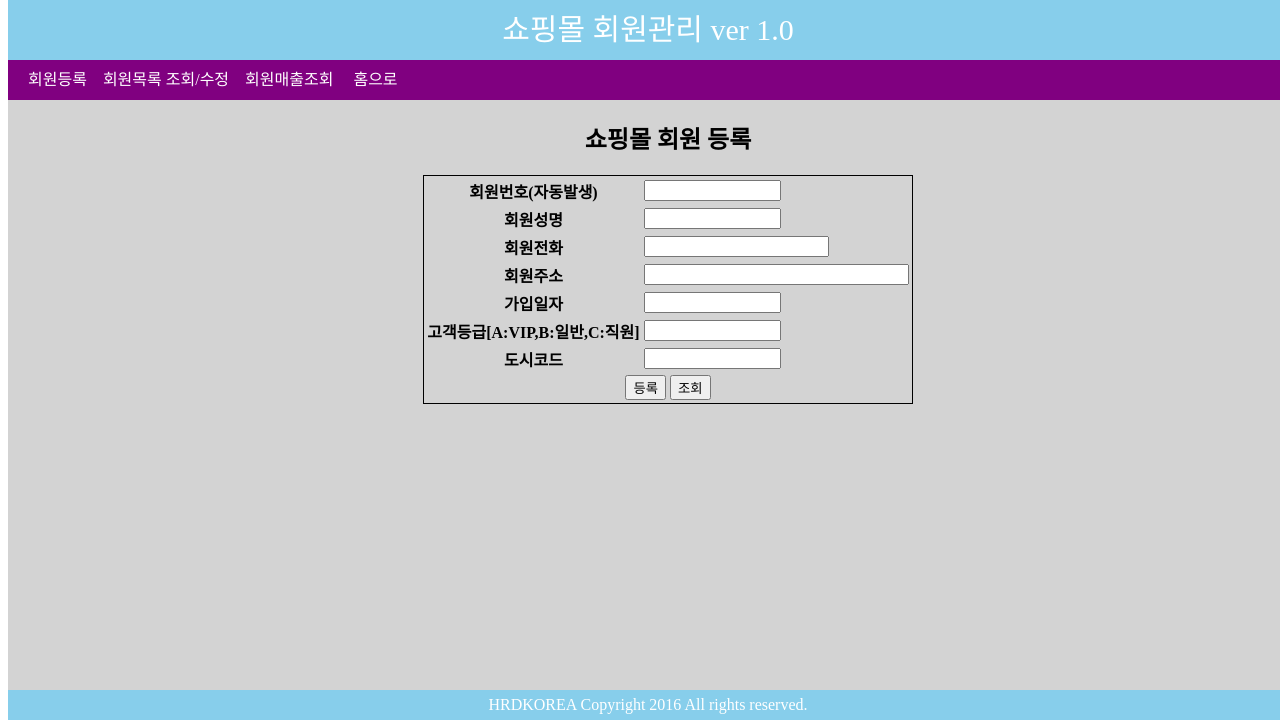
Repository: haileylee94/mini-project
Page: http://localhost/hrd/join.jsp
These files come from the project's save history. The page is drawn as it stood at one moment and after the next save; the edit follows.
The browser window is 1280 px wide. The pictures show the whole page.
The page is served by Tomcat 9. Other server files are loaded and not shown.

Above is the page before, as saved 2022-11-17 12:33:07.

### hrd/WebContent/join.jsp
<%@ page language="java" contentType="text/html; charset=UTF-8"
    pageEncoding="UTF-8"%>
<!DOCTYPE html>
<html>
<head>
<meta charset="UTF-8">
<title>join</title>
<style>
	table{
		border: 1px solid #000;
		margin: auto;
	}
</style>
</head>
<body>
	<jsp:include page="header.jsp"/>
		<section style="position: fixed; top: 100px; background-color: lightgray;
	height: 100%; width: 100%; padding-left: 20px;">
		<h1 style="text-align: center;"><b>쇼핑몰 회원 등록</b><br></h1>

		<form method="post" action="join_ok.jsp" onsubmit="return check()">
			<table>
				<tr>
					<th>회원번호(자동발생)</th>
					<td><input name=custno size=14></td>
				</tr>
				<tr>
					<th>회원성명</th>
					<td><input name="custname" size=14></td>
				</tr>
				<tr>
					<th>회원전화</th>
					<td><input name="phone" size=20></td>
				</tr>
				<tr>
					<th>회원주소</th>
					<td><input name="address" size=30></td>
				</tr>
				<tr>
					<th>가입일자</th>
					<td><input name="joindate" size=14></td>
				</tr>
				<tr>
					<th>고객등급[A:VIP,B:일반,C:직원]</th>
					<td><input name="grade" size=14></td>
				</tr>
				<tr>
					<th>도시코드</th>
					<td><input name="city" size=14></td>
				</tr>
				<tr>
					<td colspan="2" style="text-align: center;">
						<input type="submit" value="등록">
						<input type="button" value="조회" onclick="location.href='member.jsp'">
					</td>
				</tr>
			</table>
		</form>
	</section>
	<jsp:include page="footer.jsp"/>
</body>
</html>

### hrd/WebContent/header.jsp
<%@ page language="java" contentType="text/html; charset=UTF-8"
    pageEncoding="UTF-8"%>
<!DOCTYPE html>
<html>
<head>
<meta charset="UTF-8">
<title>header</title>
<style type="text/css">
	header{
		position:fixed;
		top:0px;
		width:100%;
		height: 60px;
		background-color: skyblue;
		color: white;
		text-align: center;
		line-height: 60px;
		font-size: 30px;
	}
	nav{
		position: fixed;
		top: 60px;
		width: 100%;
		height: 40px;
		background-color: purple;
		line-height: 40px;
		padding-left: 20px;
		color: #fff;
	}
</style>
</head>
<body>

	<header>
		쇼핑몰 회원관리 ver 1.0
	</header>

	<nav>
		회원등록 &nbsp;&nbsp;	회원목록 조회/수정 &nbsp;&nbsp;	회원매출조회 &nbsp;&nbsp;&nbsp;	홈으로
	</nav>
</body>
</html>

### hrd/WebContent/footer.jsp
<%@ page language="java" contentType="text/html; charset=UTF-8"
    pageEncoding="UTF-8"%>
<!DOCTYPE html>
<html>
<head>
<meta charset="UTF-8">
<title>footer</title>
<style type="text/css">
	footer{
		position: fixed;
		bottom: 0px;
		background-color: skyblue;
		width: 100%;
		height: 30px;
		color: white;
		text-align: center;
		line-height: 30px;
	}
</style>
</head>
<body>

	<footer>
		HRDKOREA Copyright 2016 All rights reserved.
	</footer>
</body>
</html>

After the next save:
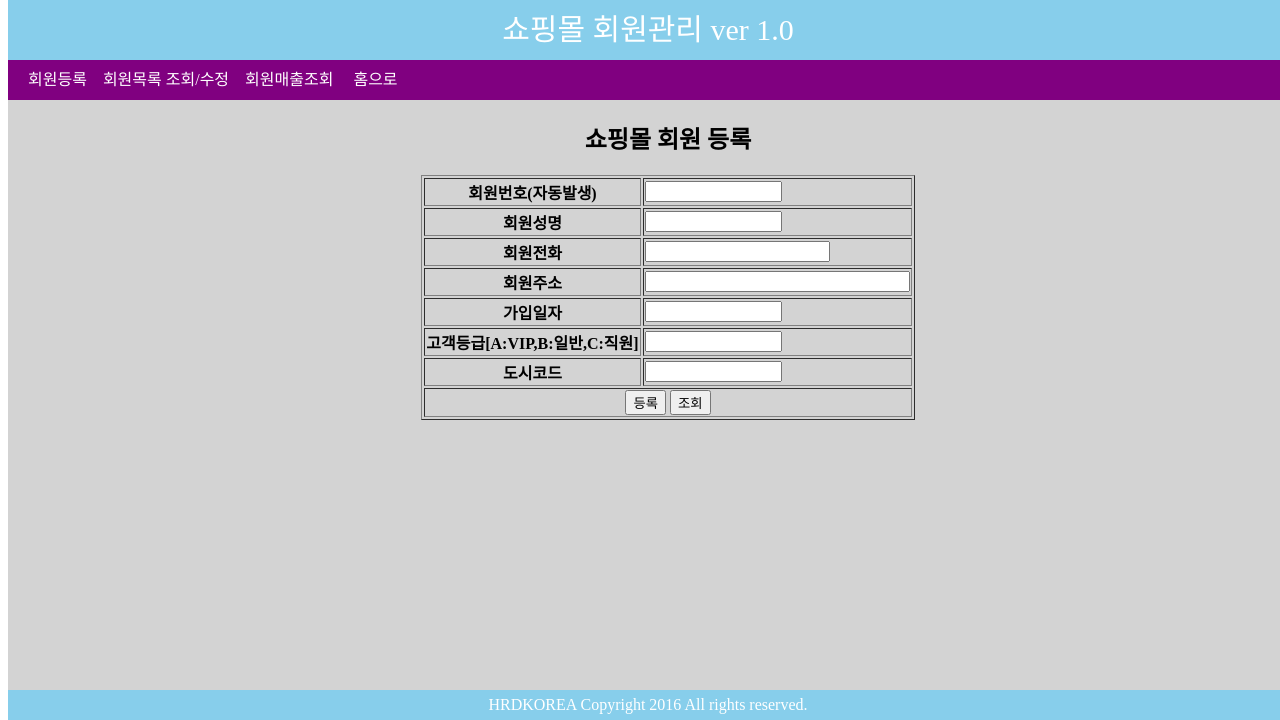
Saved 2 min 40 s later.
--- a/hrd/WebContent/join.jsp
+++ b/hrd/WebContent/join.jsp
@@ -7,7 +7,7 @@
 <title>join</title>
 <style>
 	table{
-		border: 1px solid #000;
+
 		margin: auto;
 	}
 </style>
@@ -19,7 +19,7 @@
 		<h1 style="text-align: center;"><b>쇼핑몰 회원 등록</b><br></h1>
 
 		<form method="post" action="join_ok.jsp" onsubmit="return check()">
-			<table>
+			<table border="1">
 				<tr>
 					<th>회원번호(자동발생)</th>
 					<td><input name=custno size=14></td>
